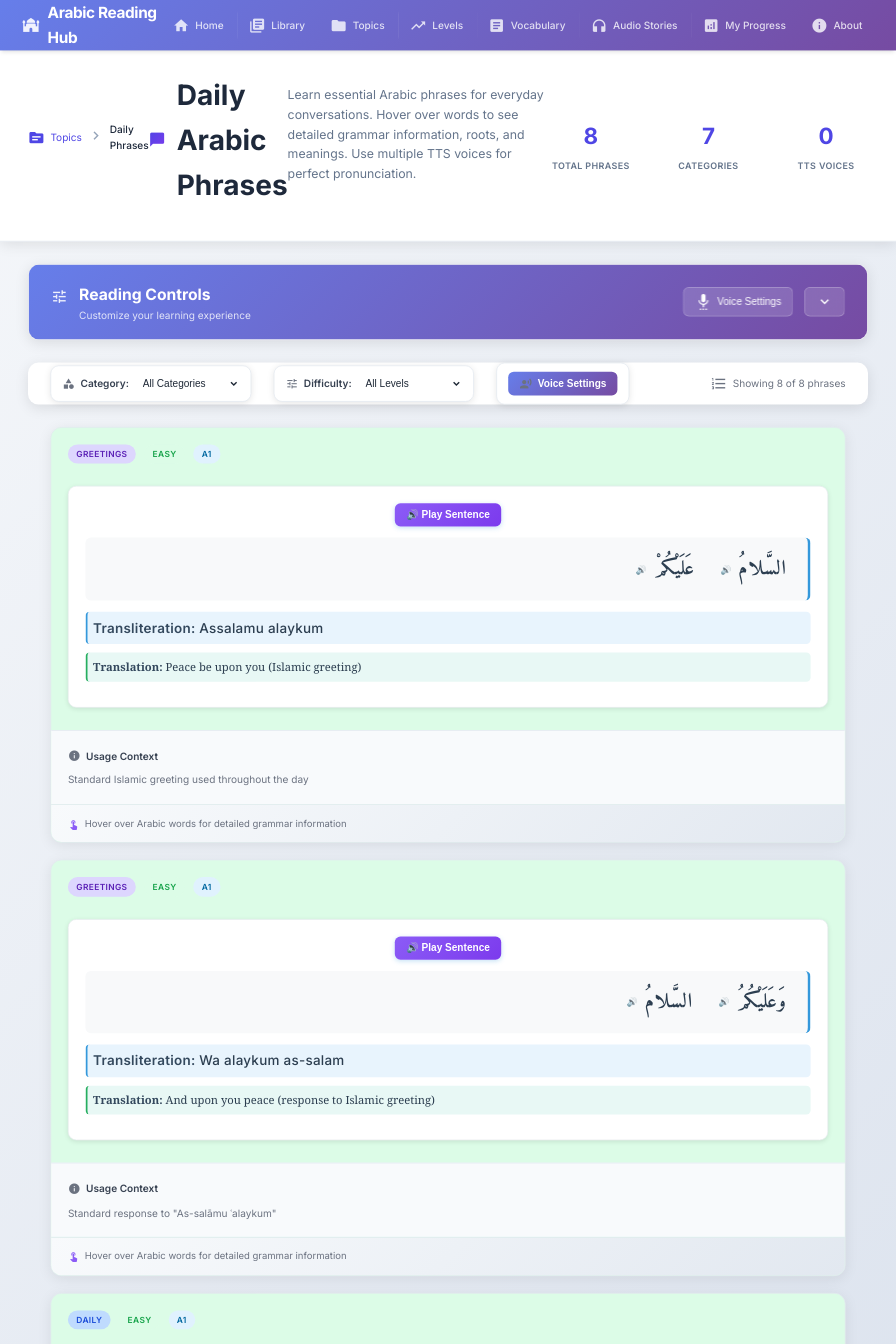
Repository: AhadBAzad/arabic-webapp
Page: /topics/daily-phrases
These files come from the project's save history. The page is drawn as it stood at one moment and after the next save; the edit follows.
The browser window is 1280 px wide. The pictures show the part of the page from y = 0 to 1920 px (the page is 5598 px tall before and 117497 px after), at 70% of full size.
The project was rebuilt for these pictures with package versions that can differ from the ones it lists, and the page was loaded fresh each time. Also part of the build but not shown: vite.config.ts, src/pages/HomePage.tsx, src/data.ts, src/components/StoryReader.css, src/components/StoryReader.tsx, src/components/StoryList.tsx, src/pages/LibraryPage.tsx, src/pages/TopicsPage.tsx and 8 more.

Above is the page before, as saved 2025-09-30 23:50:54.

After the next save:
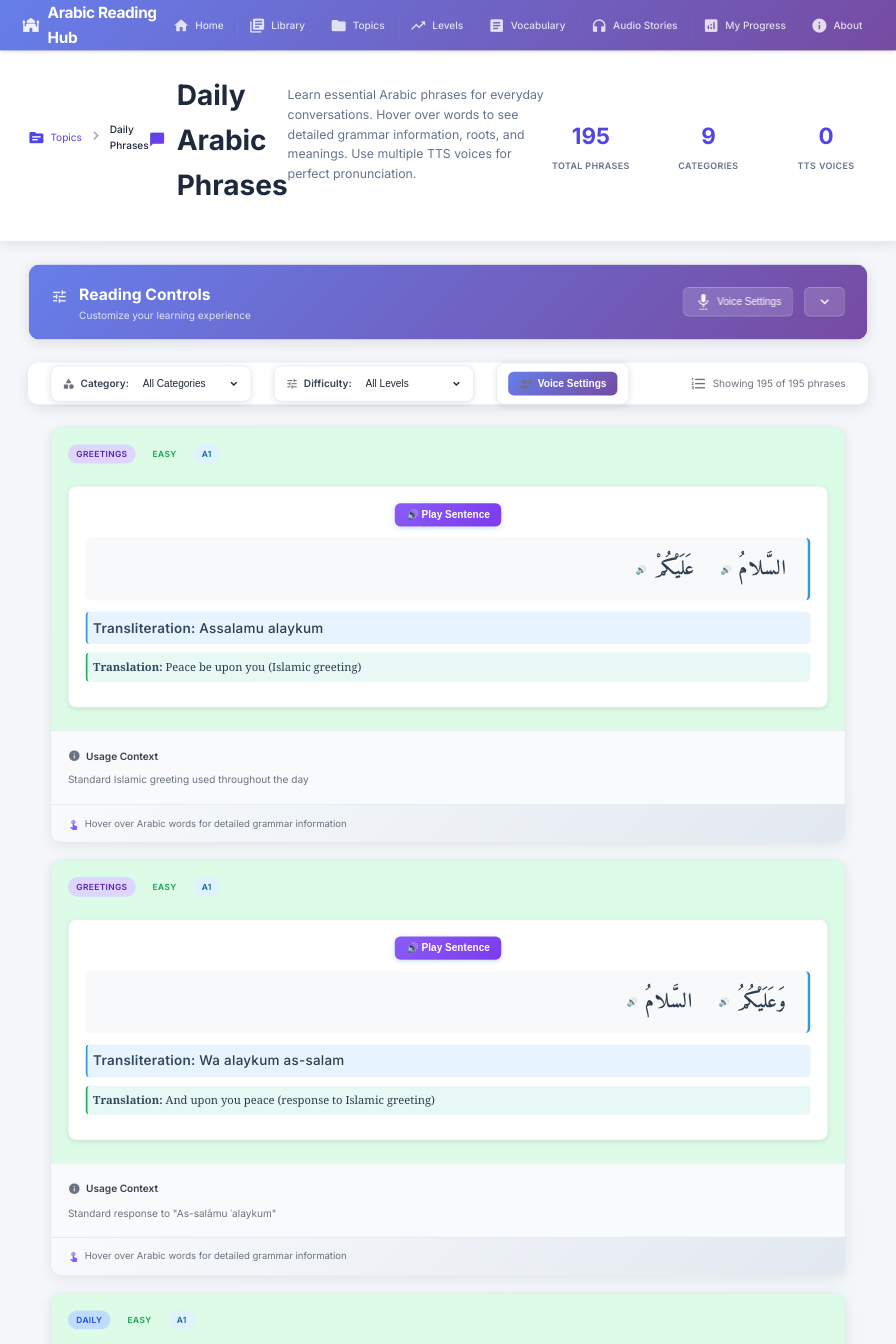
Saved 104 s later.
--- a/src/pages/DailyPhrasesDatabase.tsx
+++ b/src/pages/DailyPhrasesDatabase.tsx
@@ -510,7 +510,13 @@ const items: DailyPhrase[] = [];
 
 
 for (const line of lines) {
-const [englishRaw = '', arabicRaw = ''] = line.split(/\t/);
+    // Split on the first space that separates English from Arabic
+    // Look for the pattern: English text followed by space and Arabic characters
+    const match = line.match(/^([^ء-ي]+)\s+([ء-ي].*)$/);
+    if (!match) continue;
+
+    const englishRaw = match[1] || '';
+    const arabicRaw = match[2] || '';
 const english = englishRaw.trim();
 const arabic = arabicRaw.trim();
 if (!english || !arabic) continue;
